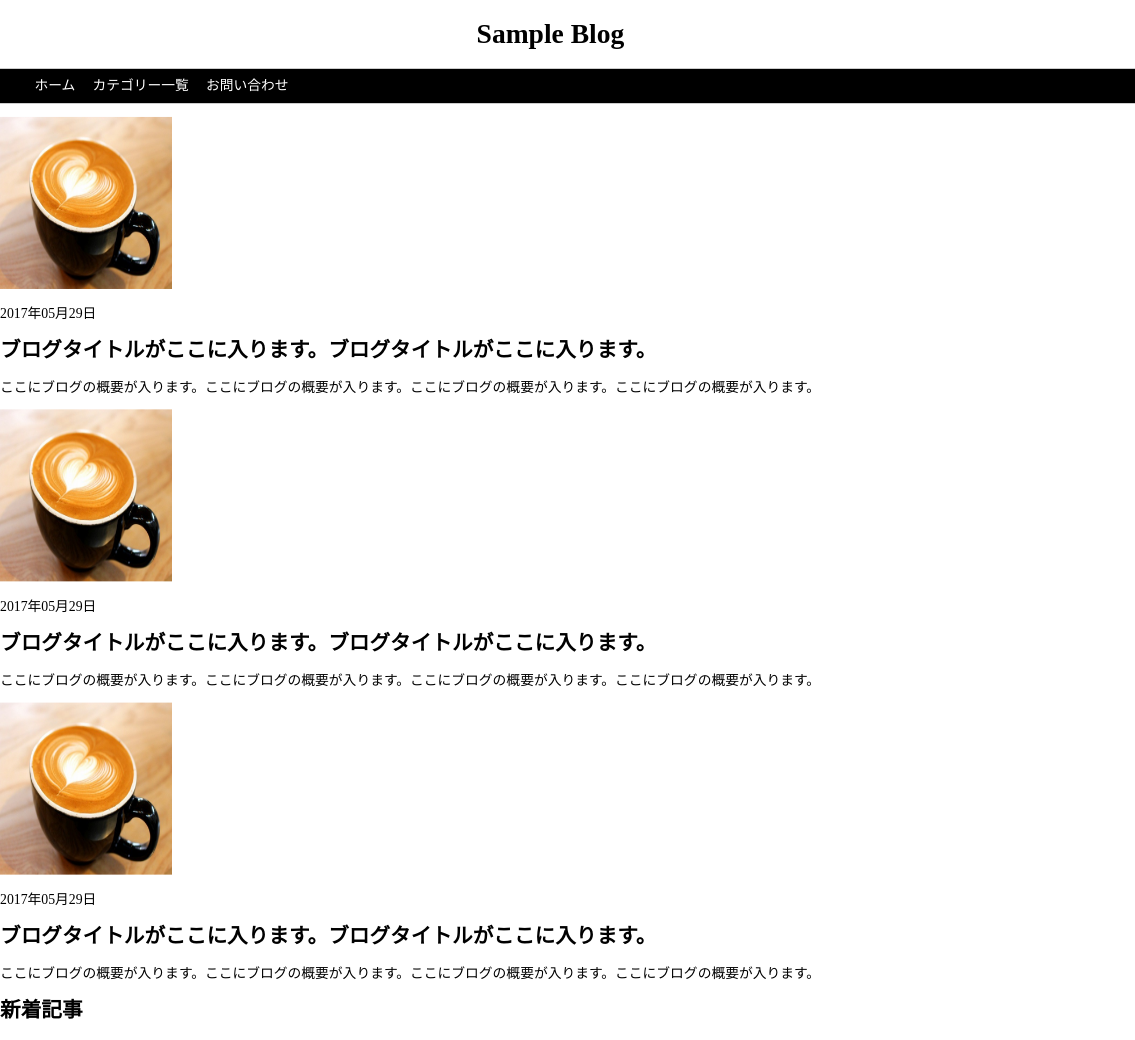
Repository: ayainokuchi/php_practice
Page: html/batty_coffee_stand/sampleblog.html
The author's editor kept a record of every edit. The page is drawn from the files as they stood at one moment, then again after the next edit.
The browser window is 1280 px wide. The page is 1320 px wide, so the pictures cover 1320 px, including what lies to the right of the window. The pictures show the whole page, at 86% of full size.

Above is the page before.

After the next edit:
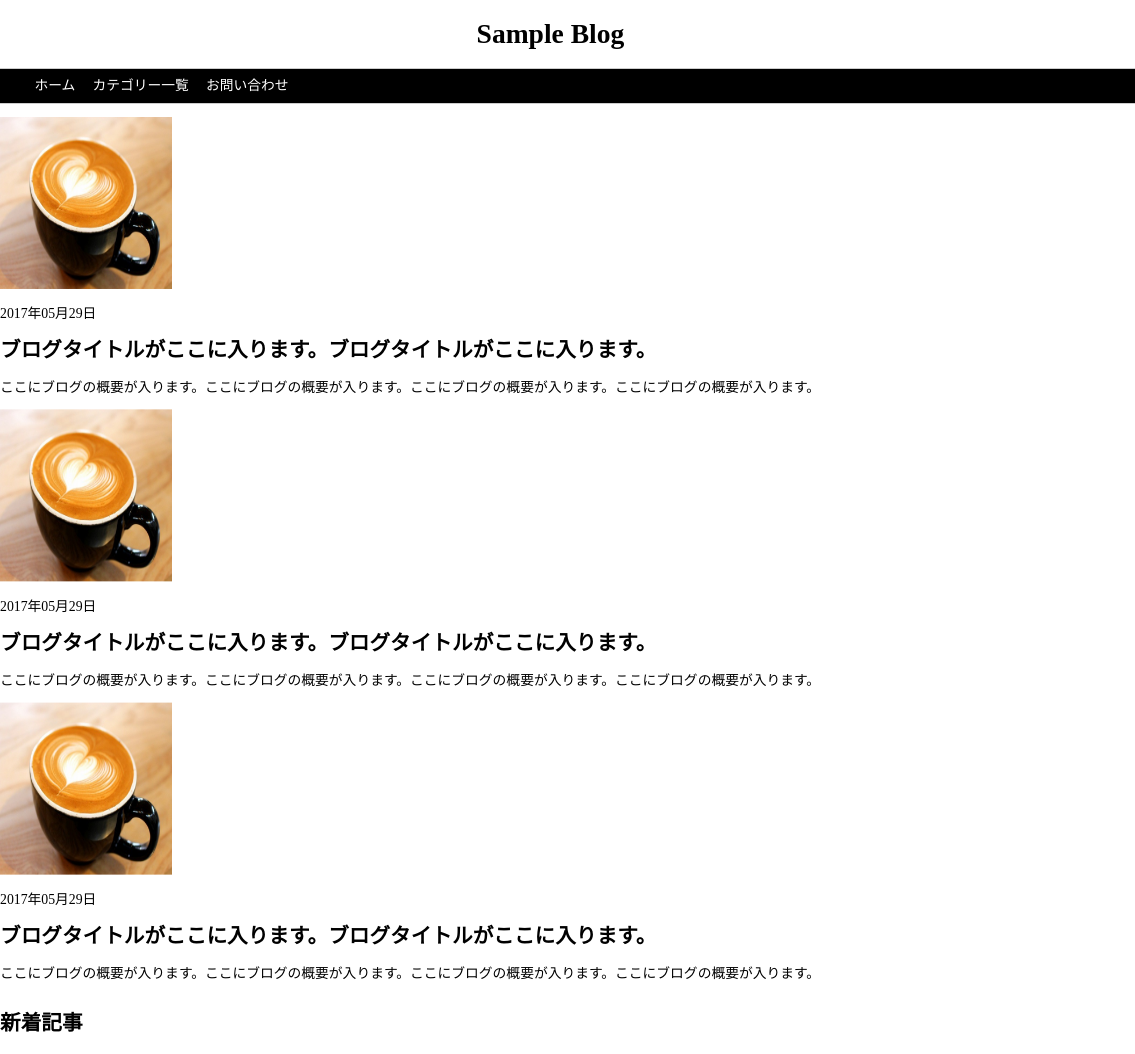
The edit:
--- a/html/batty_coffee_stand/css/sampleblog.css
+++ b/html/batty_coffee_stand/css/sampleblog.css
@@ -32,6 +32,6 @@
     height: 200px;
 }
 
-.blog-details {
-    float: right;
+.blog-contents {
+    overflow: hidden;
 }
